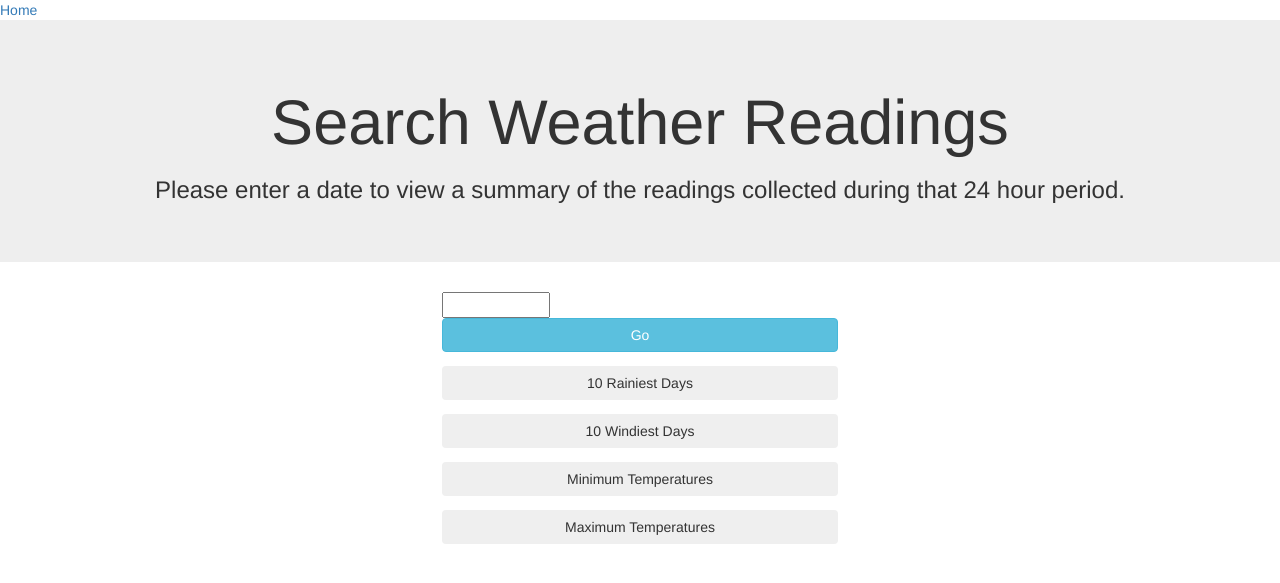
Repository: kralin27/ILC
Page: http://localhost/TESCWeather/WEB-INF/jsp/Search.jsp
An editor plug-in stored every save of this project. The page is shown before and after the next save, followed by the edit.
The browser window is 1280 px wide. The pictures show the whole page.
The page is served by Tomcat 9. Nobody is signed in. The template is opened directly, without the code that normally fills it, so the values that code supplies are empty.

Above is the page before, as saved 2016-12-13 02:53:29.

After the next save:
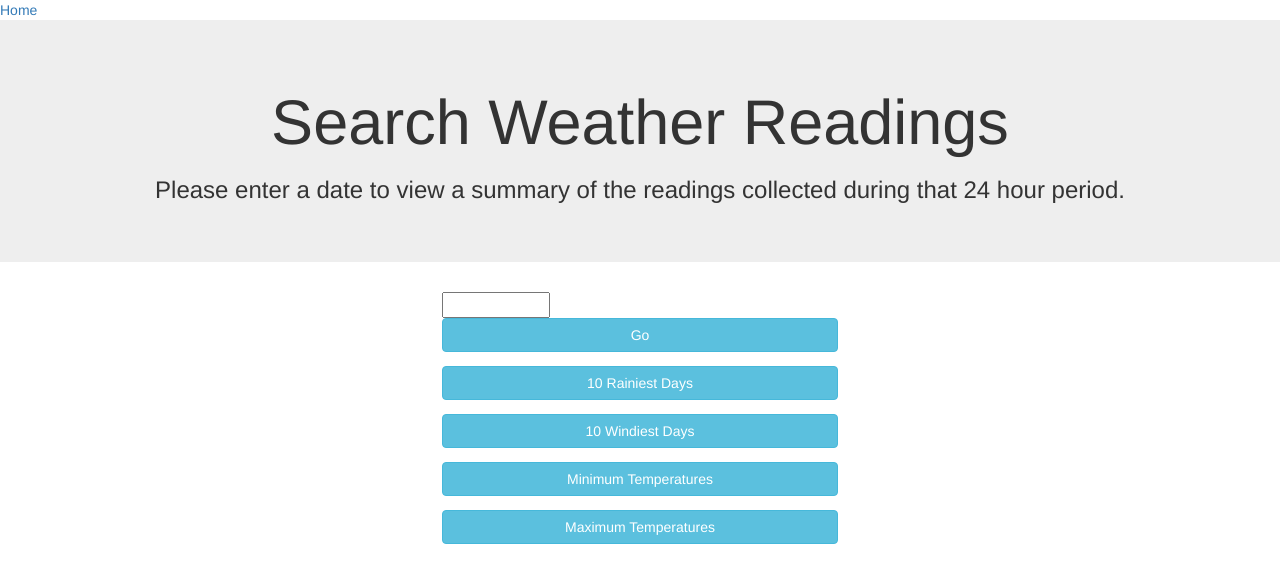
Saved 16 s later.
--- a/TESCWeather/src/main/webapp/WEB-INF/jsp/Search.jsp
+++ b/TESCWeather/src/main/webapp/WEB-INF/jsp/Search.jsp
@@ -29,19 +29,19 @@
 	</form>
 
 	<form method="GET" action=" <spring:url value="/WeatherReadings/Measure/Rain" />">
-		<input type="submit" class="btn btn-large btn-block" value="10 Rainiest Days">
+		<input type="submit" class="btn btn-large btn-block btn-info" value="10 Rainiest Days">
 	</form>
 
 	<form method="GET" action=" <spring:url value="/WeatherReadings/Measure/Wind" />">
-		<input type="submit" class="btn btn-large btn-block" value="10 Windiest Days">
+		<input type="submit" class="btn btn-large btn-block btn-info" value="10 Windiest Days">
 	</form>
 
 	<form method="GET" action=" <spring:url value="/WeatherReadings/Measure/TempMin" />">
-		<input type="submit" class="btn btn-large btn-block"value="Minimum Temperatures">
+		<input type="submit" class="btn btn-large btn-block btn-info"value="Minimum Temperatures">
 	</form>
 
 	<form method="GET" action=" <spring:url value="/WeatherReadings/Measure/TempMax" />">
-		<input type="submit" class="btn btn-large btn-block" value="Maximum Temperatures">
+		<input type="submit" class="btn btn-large btn-block btn-info" value="Maximum Temperatures">
 	</form>
 
 </div>
